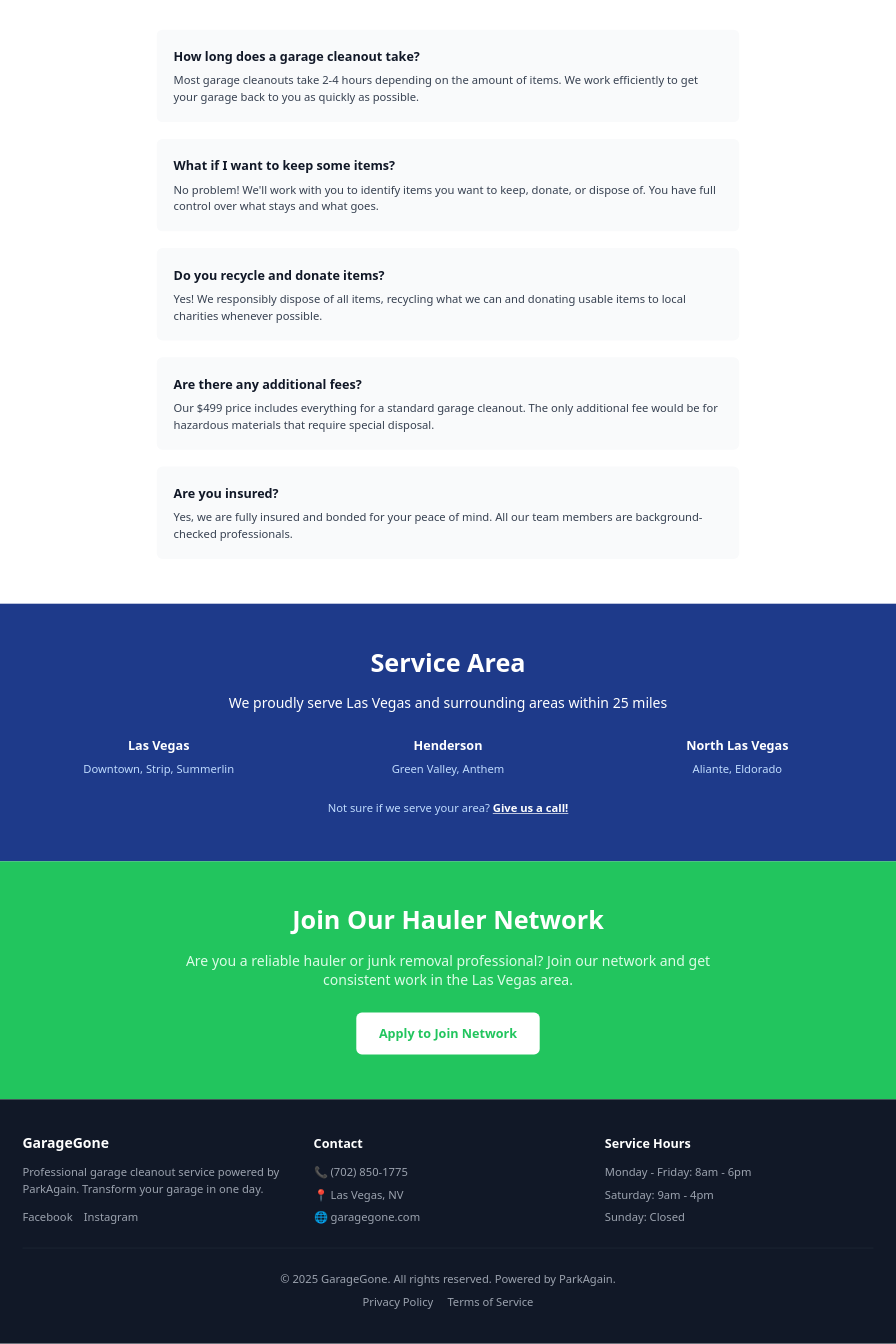
Repository: nikwhite1169/garagegone
Page: index.html
The author's editor kept a copy of each file at every save. The page is drawn from the files as they stood at one save, then again after the next save.
The browser window is 1280 px wide. The pictures show the part of the page from y = 3138 to 5058 px (the page is 5058 px tall before and 5056 px after), at 70% of full size.
Some web libraries are served in a nearby version.

Above is the page before, as saved 2025-09-15 13:45:07.

After the next save:
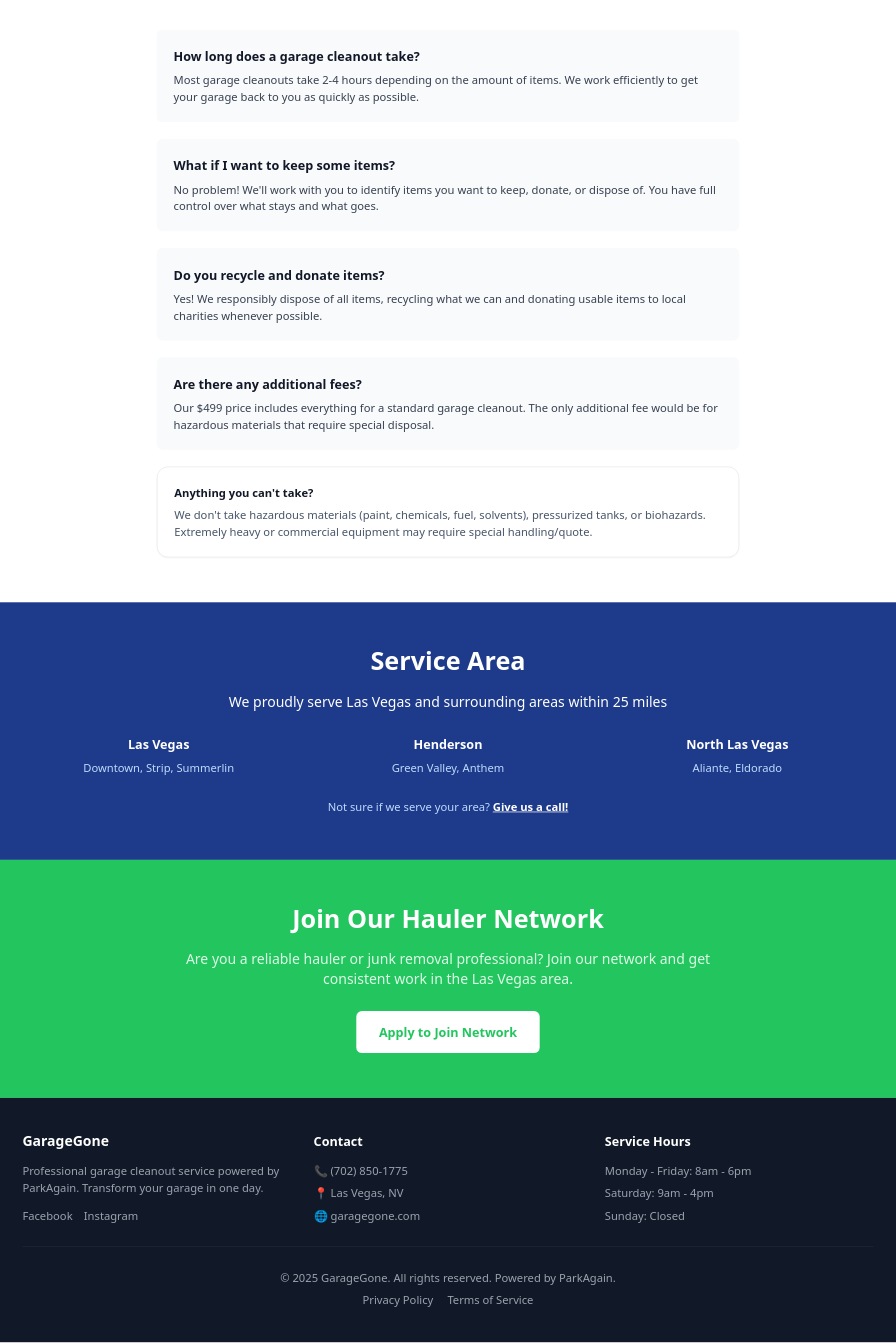
Saved 7 s later.
--- a/index.html
+++ b/index.html
@@ -330,9 +330,9 @@
                     <p class="text-gray-700">Our $499 price includes everything for a standard garage cleanout. The only additional fee would be for hazardous materials that require special disposal.</p>
                 </div>
 
-                <div class="bg-gray-50 rounded-lg p-6">
-                    <h4 class="text-lg font-bold mb-2">Are you insured?</h4>
-                    <p class="text-gray-700">Yes, we are fully insured and bonded for your peace of mind. All our team members are background-checked professionals.</p>
+                <div class="rounded-2xl border p-6 shadow-sm">
+                  <h3 class="font-semibold">Anything you can't take?</h3>
+                  <p class="text-slate-600 mt-2">We don't take hazardous materials (paint, chemicals, fuel, solvents), pressurized tanks, or biohazards. Extremely heavy or commercial equipment may require special handling/quote.</p>
                 </div>
             </div>
         </div>
